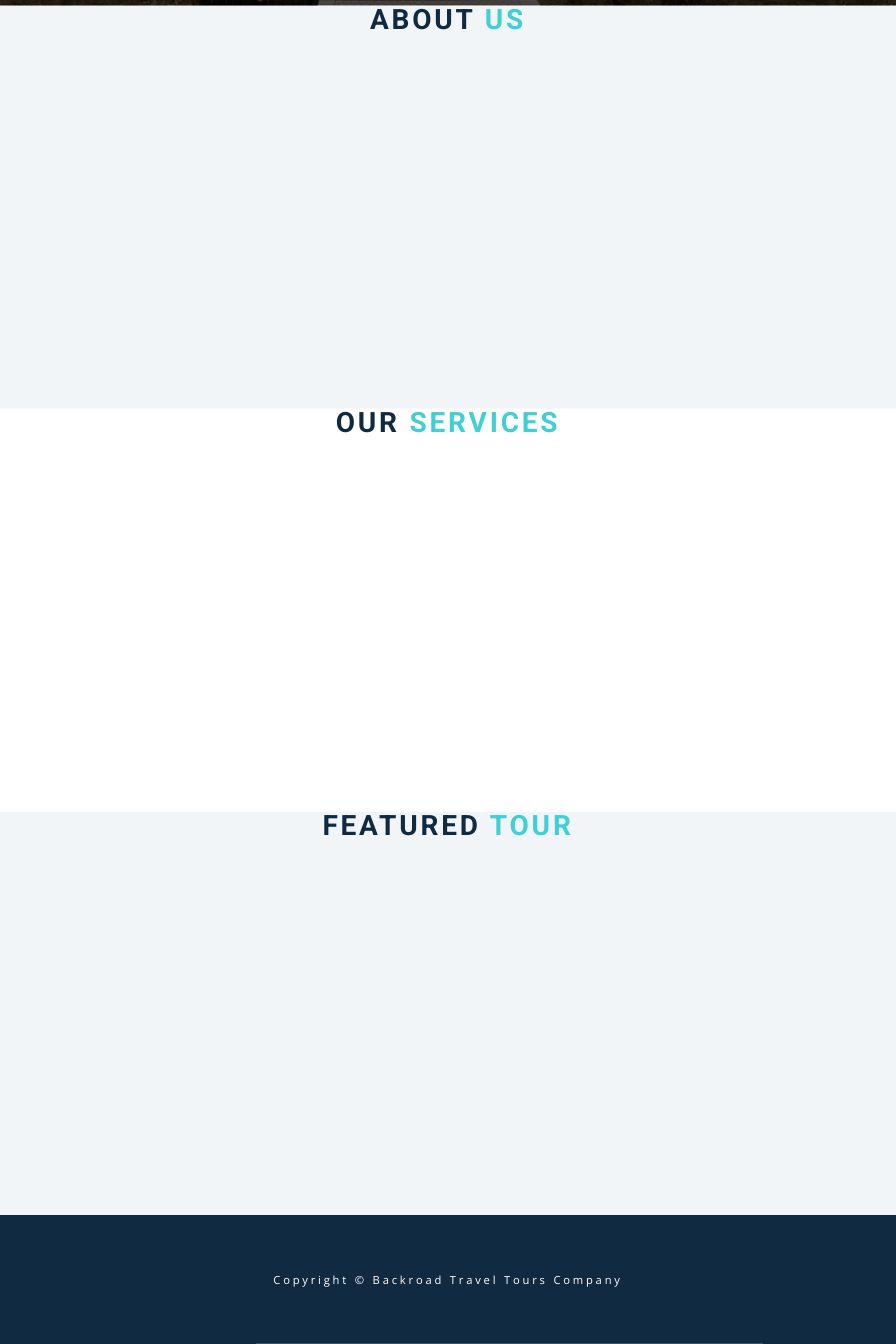
Repository: sunny070/javaScript
Page: Scroll_10/index.html
These files come from the project's save history. The page is drawn as it stood at one moment and after the next save; the edit follows.
The browser window is 1280 px wide. The pictures show the part of the page from y = 794 to 2714 px (the page is 2714 px tall), at 70% of full size.
Some web libraries are served in a nearby version.

Above is the page before, as saved 2023-10-27 12:05:11.

After the next save:
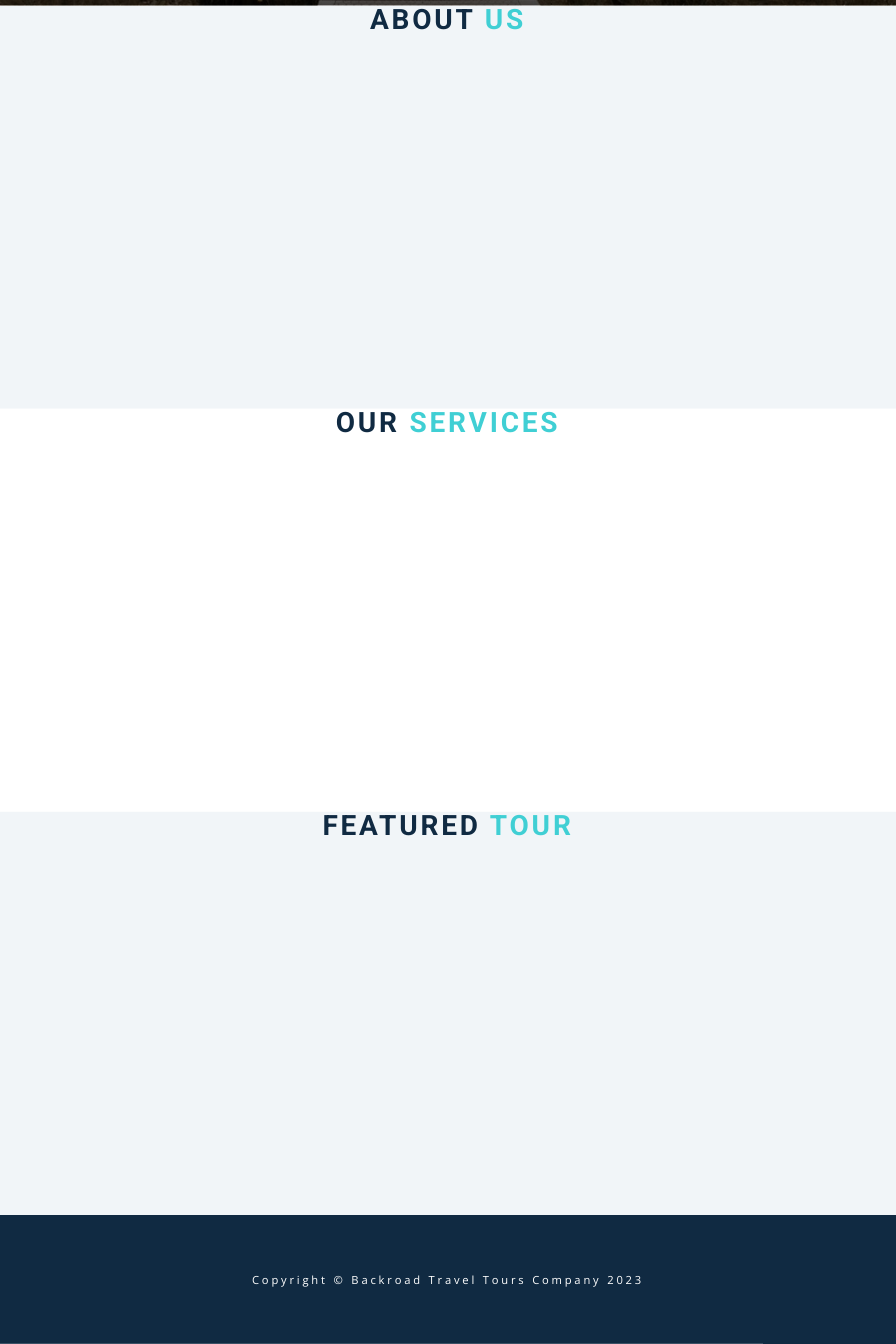
Saved 8 s later.
--- a/Scroll_10/index.html
+++ b/Scroll_10/index.html
@@ -76,7 +76,7 @@
 <!-- footer -->
 <footer class="section">
     <p>
-        copyright &copy; backroad travel tours company <span class="date"></span>
+        copyright &copy; backroad travel tours company <span class="date">2023</span>
     </p>
 </footer>
     <script src="app.js"></script>
